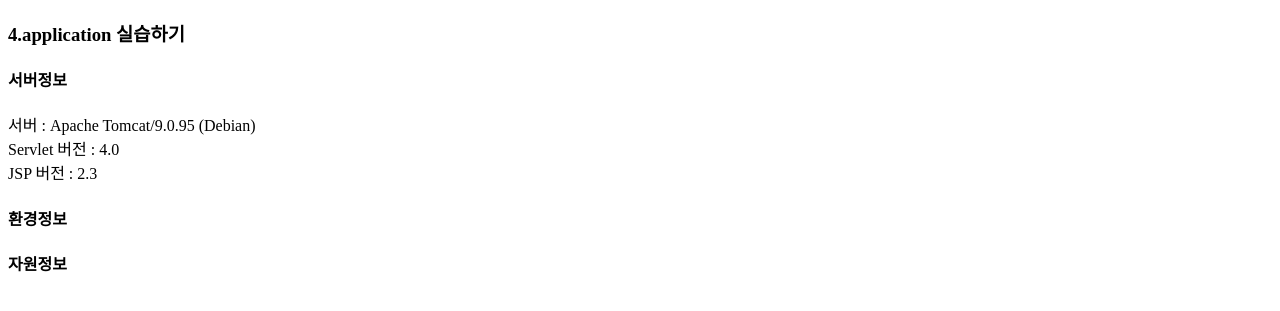
Repository: Jinwoooooooo/GCA_JSP
Page: http://localhost/ch03/4.application.jsp
An editor plug-in stored every save of this project. The page is shown before and after the next save, followed by the edit.
The browser window is 1280 px wide. The pictures show the whole page.
The page is served by Tomcat 9.

Above is the page before, as saved 2025-02-04 02:30:29.

After the next save:
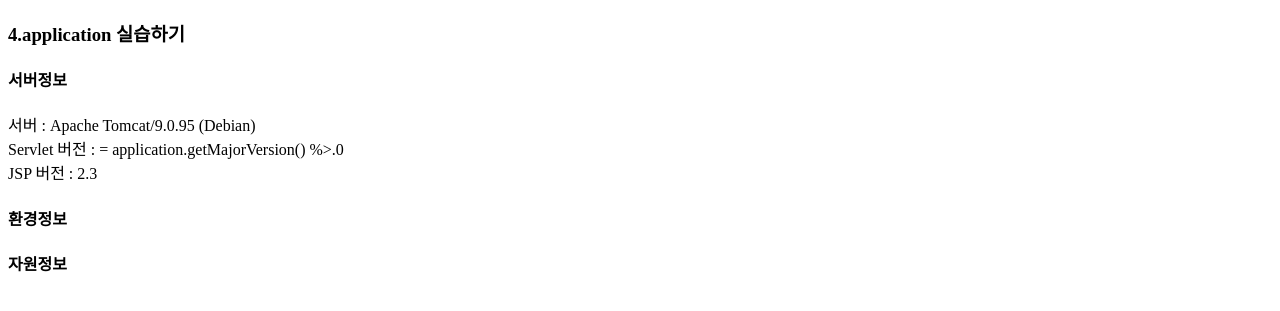
Saved 32 s later.
--- a/ch03/src/main/webapp/4.application.jsp
+++ b/ch03/src/main/webapp/4.application.jsp
@@ -19,7 +19,7 @@
 	<h4>서버정보</h4>
 	<p>
 		서버 : <%= application.getServerInfo() %><br>
-		Servlet 버전 : <%= application.getMajorVersion() %>.<%= application.getMinorVersion() %><br>
+		Servlet 버전 : <% %>= application.getMajorVersion() %>.<%= application.getMinorVersion() %><br>
 		JSP 버전 : <%= JspFactory.getDefaultFactory().getEngineInfo().getSpecificationVersion() %><br>
 	</p>
 

After the save that followed:
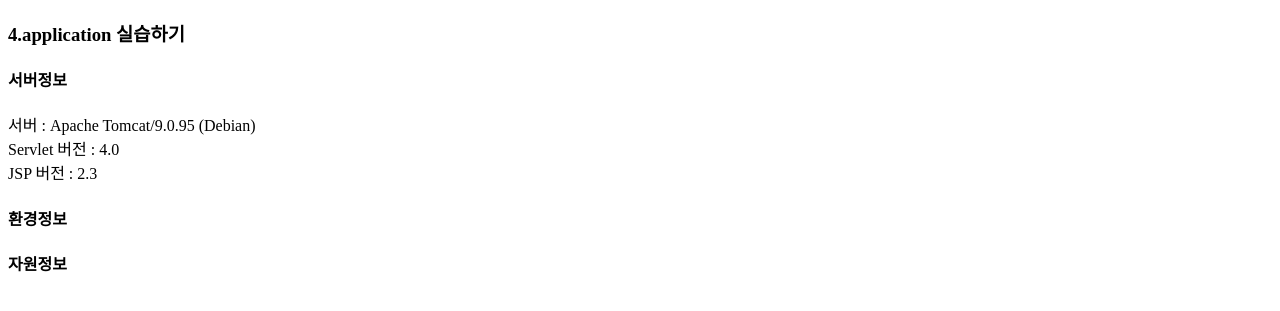
Saved 4 s later.
--- a/ch03/src/main/webapp/4.application.jsp
+++ b/ch03/src/main/webapp/4.application.jsp
@@ -19,7 +19,7 @@
 	<h4>서버정보</h4>
 	<p>
 		서버 : <%= application.getServerInfo() %><br>
-		Servlet 버전 : <% %>= application.getMajorVersion() %>.<%= application.getMinorVersion() %><br>
+		Servlet 버전 : <%= application.getMajorVersion() %>.<%= application.getMinorVersion() %><br>
 		JSP 버전 : <%= JspFactory.getDefaultFactory().getEngineInfo().getSpecificationVersion() %><br>
 	</p>
 
